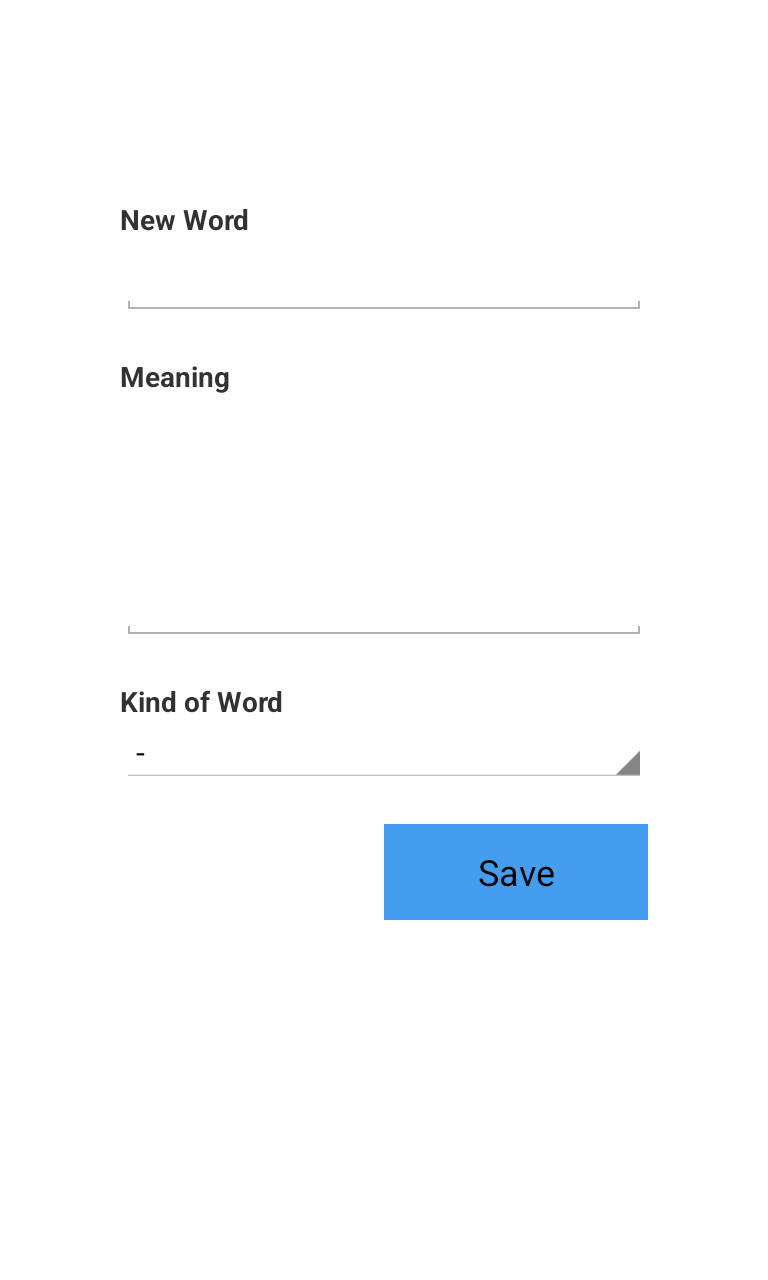
Repository: karno123/AndroidWordReminder
Layout: WordRemainder/res/layout/edit_word_layout.xml
The author's editor kept a copy of each file at every save. The layout is drawn from the files as they stood at one save, then again after the next save.
It is drawn on a 768 x 1280 px phone screen (xhdpi) without system bars, with theme AppTheme; the app's code is not run.

Above is the layout before, as saved 2014-07-14 15:44:29.

### WordRemainder/res/layout/edit_word_layout.xml
<?xml version="1.0" encoding="utf-8"?>
<LinearLayout xmlns:android="http://schemas.android.com/apk/res/android"
    android:layout_width="fill_parent"
    android:layout_height="fill_parent"
    android:paddingLeft="60dp"
    android:paddingRight="60dp"
    android:paddingTop="80dp"
    android:orientation="vertical" >

    <LinearLayout
	        android:layout_width="fill_parent"
	        android:layout_height="wrap_content"
	        android:orientation="vertical"
	        android:paddingTop="20dp">

        <TextView
	        android:id="@+id/text_new_word"
	        android:layout_width="fill_parent"
	        android:layout_height="wrap_content"
	        android:textStyle="bold"
	        android:text="@string/new_text_word"/>

         <EditText
	        android:inputType="text"
	        android:id="@+id/input_text_new_word"
	        android:layout_width="fill_parent"
	        android:layout_height="wrap_content"
	        />

    </LinearLayout>

    <LinearLayout
            android:layout_width="fill_parent"
	        android:layout_height="wrap_content"
	        android:orientation="vertical"
	        android:paddingTop="20dp">
        <TextView
	        android:id="@+id/text_meaning_word"
	        android:layout_width="fill_parent"
	        android:layout_height="wrap_content"
	        android:textStyle="bold"
	        android:text="@string/meaning_word"
	        />

        <EditText
            android:id="@+id/input_text_meaning"
            android:layout_height="wrap_content"
            android:layout_width="fill_parent"
            android:gravity="top"
            android:inputType="textMultiLine"
            android:lines="5"
            android:singleLine="false" />

    </LinearLayout>

    <LinearLayout
            android:layout_width="fill_parent"
	        android:layout_height="wrap_content"
	        android:orientation="vertical"
	        android:paddingTop="20dp">

         <TextView
	        android:id="@+id/kind_of_word_text"
	        android:layout_width="fill_parent"
	        android:layout_height="wrap_content"
	        android:textStyle="bold"
	        android:text="@string/kind_of_word"
	        />
	    <Spinner
	        android:id="@+id/kind_of_word"
	        android:layout_width="fill_parent"
	        android:layout_height="wrap_content"
	        android:prompt="@string/kind_of_word_prompt"
	        android:entries="@array/word_arrays"

	        />
    </LinearLayout>

    <LinearLayout
            android:layout_width="fill_parent"
	        android:layout_height="wrap_content"
	        android:orientation="horizontal"
	        android:gravity="right"
	        android:paddingTop="20dp"
	        android:weightSum="2">

        	<Button
        	     android:id="@+id/save_edit_word"
        	     android:layout_height="wrap_content"
        	     android:layout_width="0dip"
        	     android:layout_weight="1"
        	     android:text="@string/add_word_button"
        	     android:background="#449def"/>

    </LinearLayout>

</LinearLayout>

### WordRemainder/res/values/strings.xml
<?xml version="1.0" encoding="utf-8"?>
<resources>

    <string name="app_name">Word Remainder</string>
    <string name="action_settings">Settings</string>
    <string name="hello_world">Hello world!</string>
    <string name="splash_text">This is a splash text</string>
	<string name="add_word">Add New Word</string>
	<string name="view_word">View Word</string>
	<string name="setting">Setting Apps</string>


	<string name="addnewword_title">Add New Word</string>
	<string name="viewword_title">View Word</string>

	<string name="new_text_word">New Word     </string>
	<string name="meaning_word"> Meaning       </string>
	<string name="kind_of_word"> Kind of Word   </string>

	<string name="kind_of_word_prompt">Choose kind of word</string>
	<string-array name="word_arrays">
	    <item>-</item>
	    <item>Noun</item>
	    <item>Verb</item>
	    <item>Adjective</item>
	    <item>Adverb</item>
	    <item>Interjection</item>
	    <item>Preposition</item>
	    <item>Conjunction</item>
	    <item>Pronoun</item>
	</string-array>

	<string name="add_word_button">  Save  </string>
	<string name="cancel_edit_word_button">Cancel</string>
	<string name="search_text">Search </string>

	<string name="main_word" >main_word </string>
	<string name="meaning">meaning karno <b>siahaan</b></string>

	<string name="updateWord">Update Word</string>


	<string name="setting_enable">Enable setting </string>
	<string name="word_per_day">Word per day  </string>
	<string name="reminder_time">Reminder time</string>
	<string name="word_per_day_def">50</string>

	<string name="setting_ok">OK</string>
	<string name="setting_Cancel">Cancel</string>

	<string name="setting_label">Setting</string>

	<string name="home">home</string>

</resources>

Loaded but not shown: WordRemainder/res/values/styles.xml (common file); WordRemainder/res/values-v11/styles.xml (common file); WordRemainder/res/values-v14/styles.xml (common file)

After the next save:
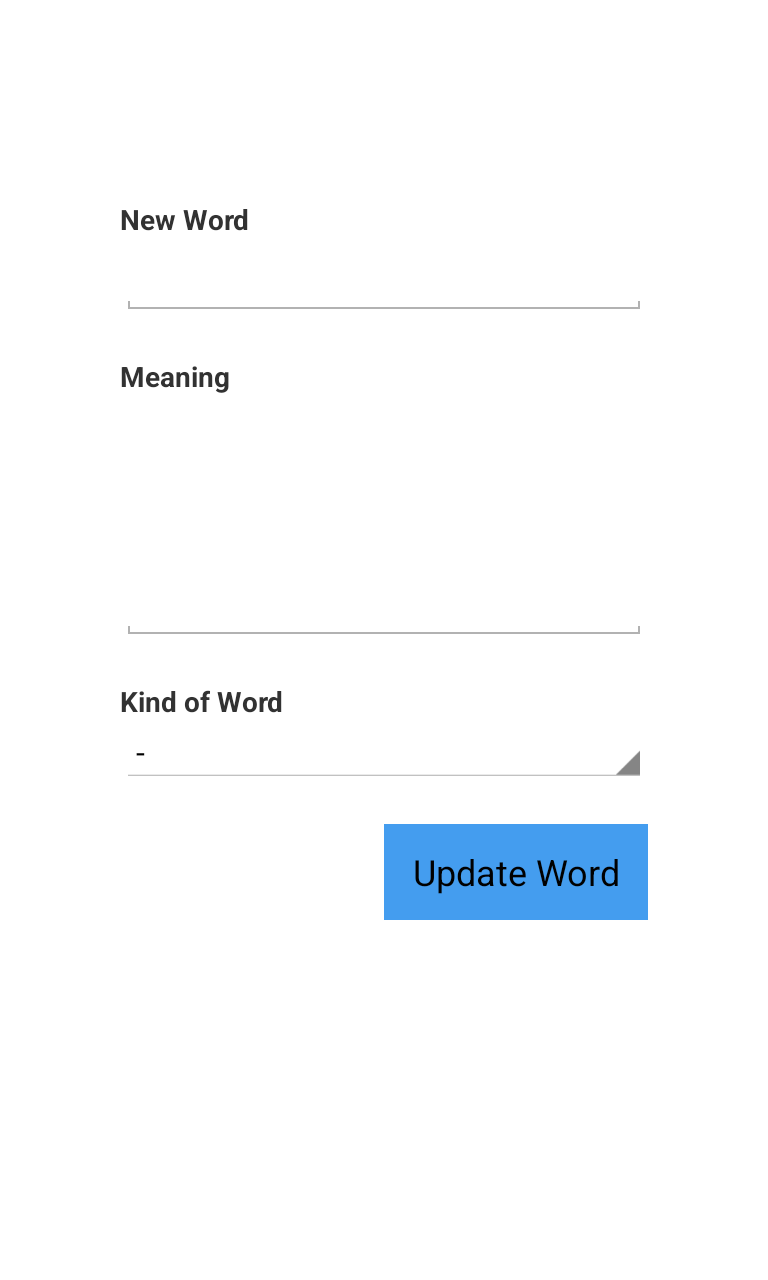
Saved 39 s later.
--- a/WordRemainder/res/layout/edit_word_layout.xml
+++ b/WordRemainder/res/layout/edit_word_layout.xml
@@ -89,7 +89,7 @@
         	     android:layout_height="wrap_content"
         	     android:layout_width="0dip"
         	     android:layout_weight="1"
-        	     android:text="@string/add_word_button"
+        	     android:text="@string/updateWord"
         	     android:background="#449def"/>
 
     </LinearLayout>
